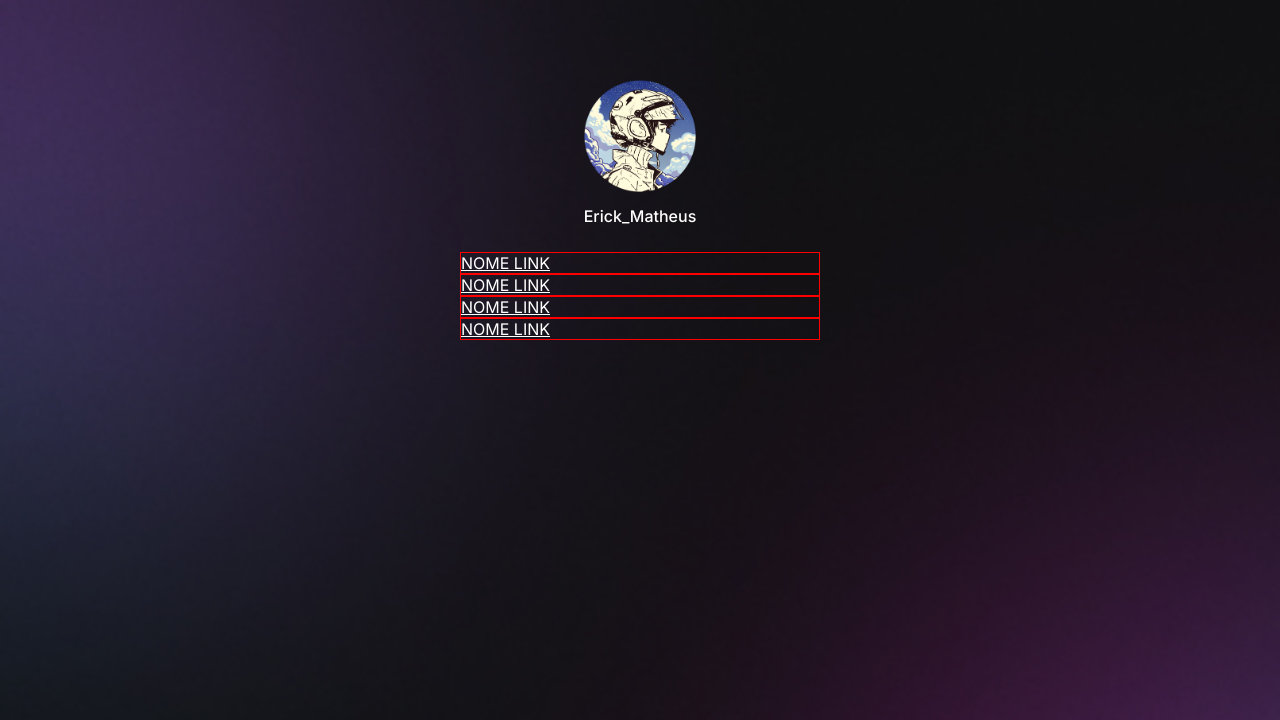
Repository: e-rickmatheus/project_dev_links
Page: index.html
These files come from the project's save history. The page is drawn as it stood at one moment and after a run of saves; the edit follows.
The browser window is 1280 px wide. The pictures show the whole page.

Above is the page before, as saved 2025-04-02 20:41:53.

After the next 3 saves:
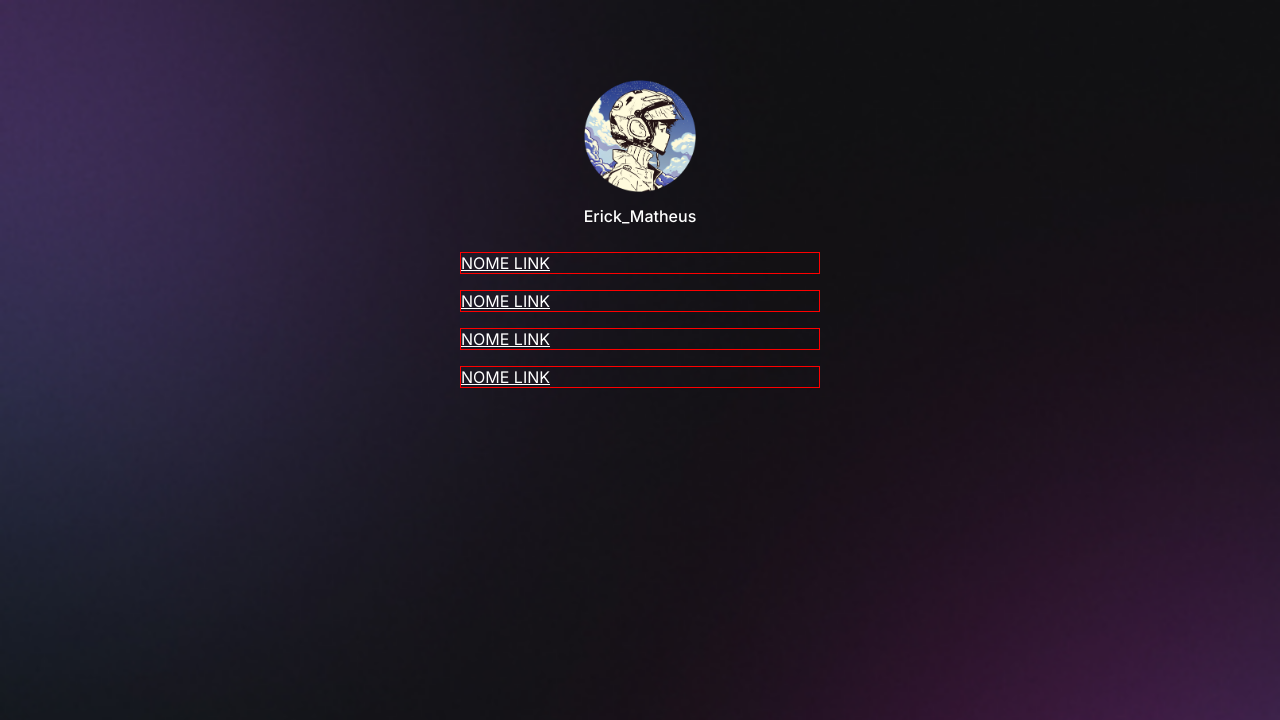
The 3 saves are shown as one change because they came seconds apart.
The last was saved 10 s later.
--- a/style.css
+++ b/style.css
@@ -53,6 +53,7 @@ ul {
   list-style: none;
   display: flex;
   flex-direction: column;
+  gap: 16px
 }
 
 ul li a {
